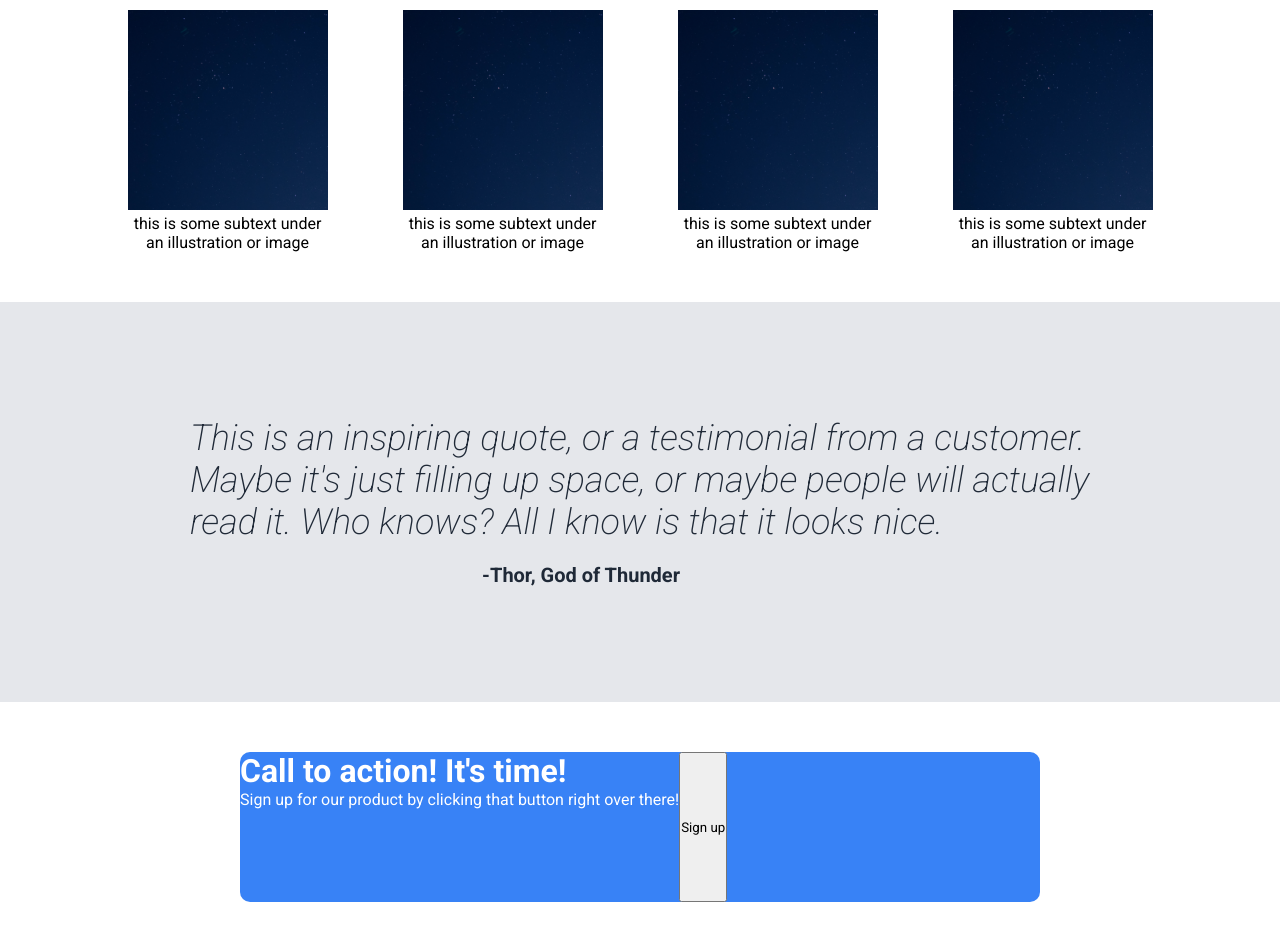
Repository: aaronestre/odin-landingpage
Page: index.html
An editor plug-in stored every save of this project. The page is shown before and after the next save, followed by the edit.
The browser window is 1280 px wide. The pictures show the part of the page from y = 682 to 1634 px (the page is 1634 px tall).
A picture or video elsewhere on the page could not be fetched, so the positions and the page height are approximate.

Above is the page before, as saved 2025-02-12 21:24:38.

After the next save:
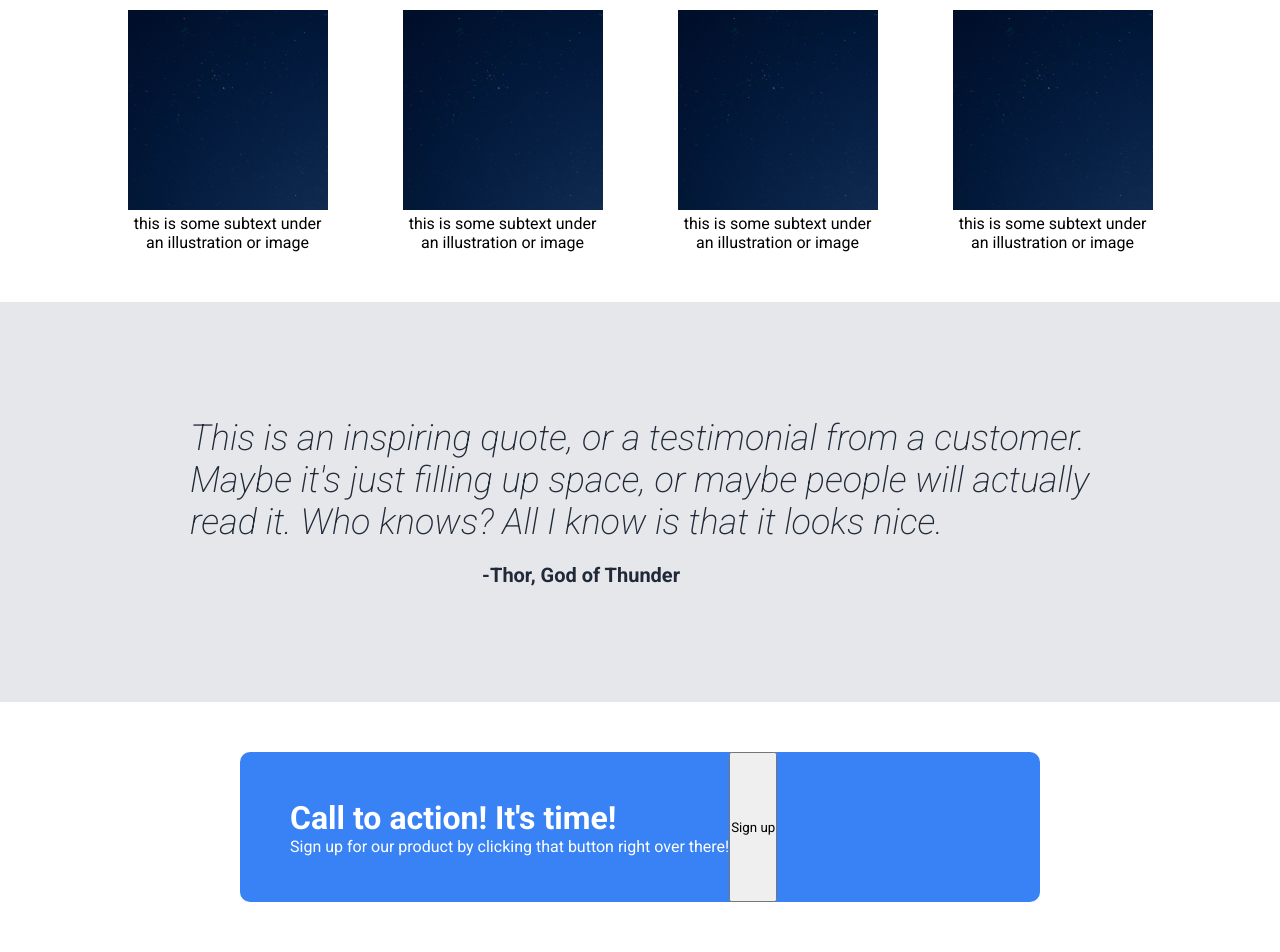
Saved 12 s later.
--- a/index.css
+++ b/index.css
@@ -139,3 +139,10 @@
     width: 800px;
     border-radius: 10px;
 }
+
+.cta-text {
+    display: flex;
+    flex-direction: column;
+    justify-content: center;
+    margin-left: 50px;
+}
